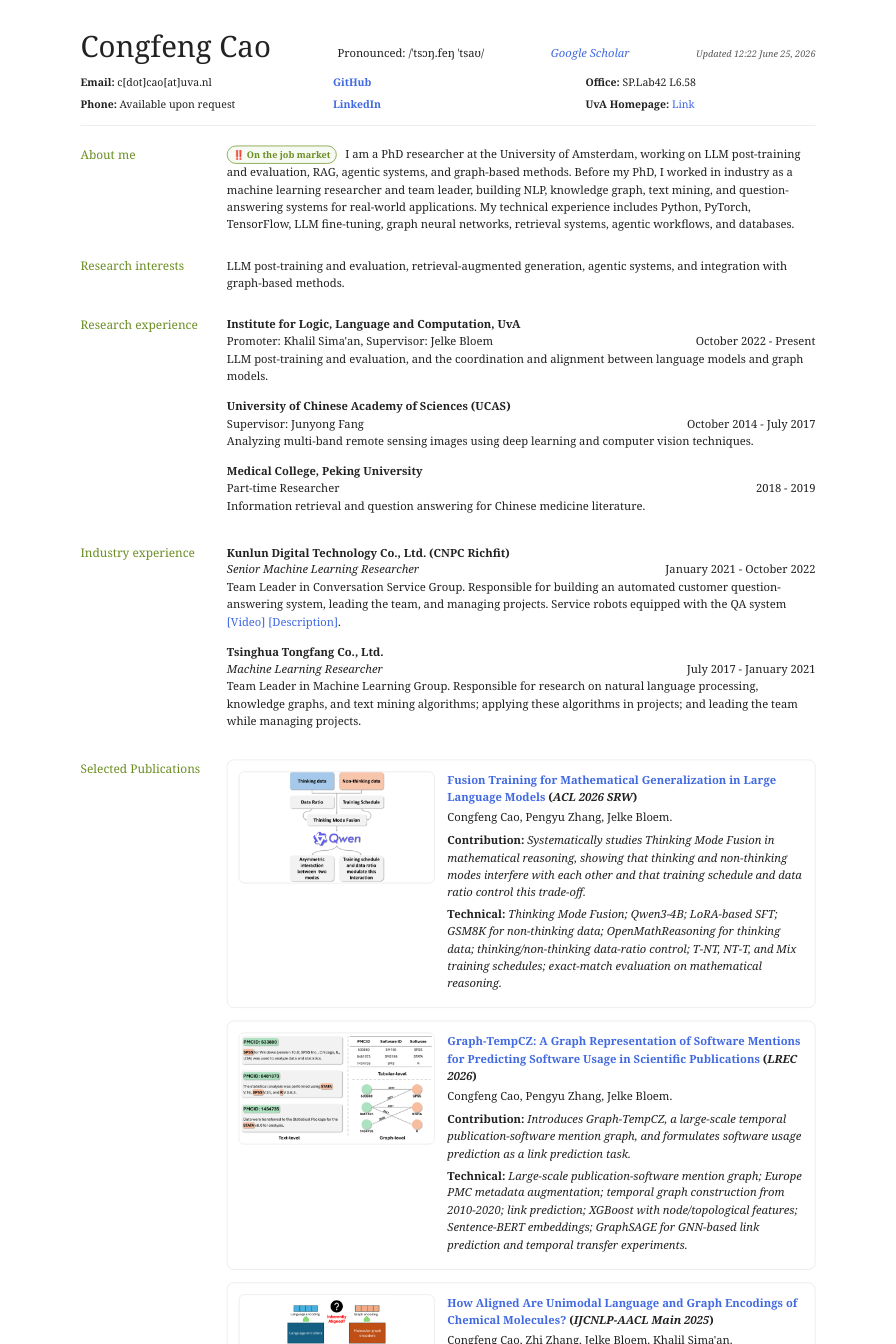
Repository: caocongfeng/caocongfeng.github.io
Page: index.html
These files come from the project's save history. The page is drawn as it stood at one moment and after the next save; the edit follows.
The browser window is 1280 px wide. The pictures show the part of the page from y = 0 to 1920 px (the page is 4727 px tall before and 4752 px after), at 70% of full size.

Above is the page before, as saved 2026-06-25 13:07:17.

After the next save:
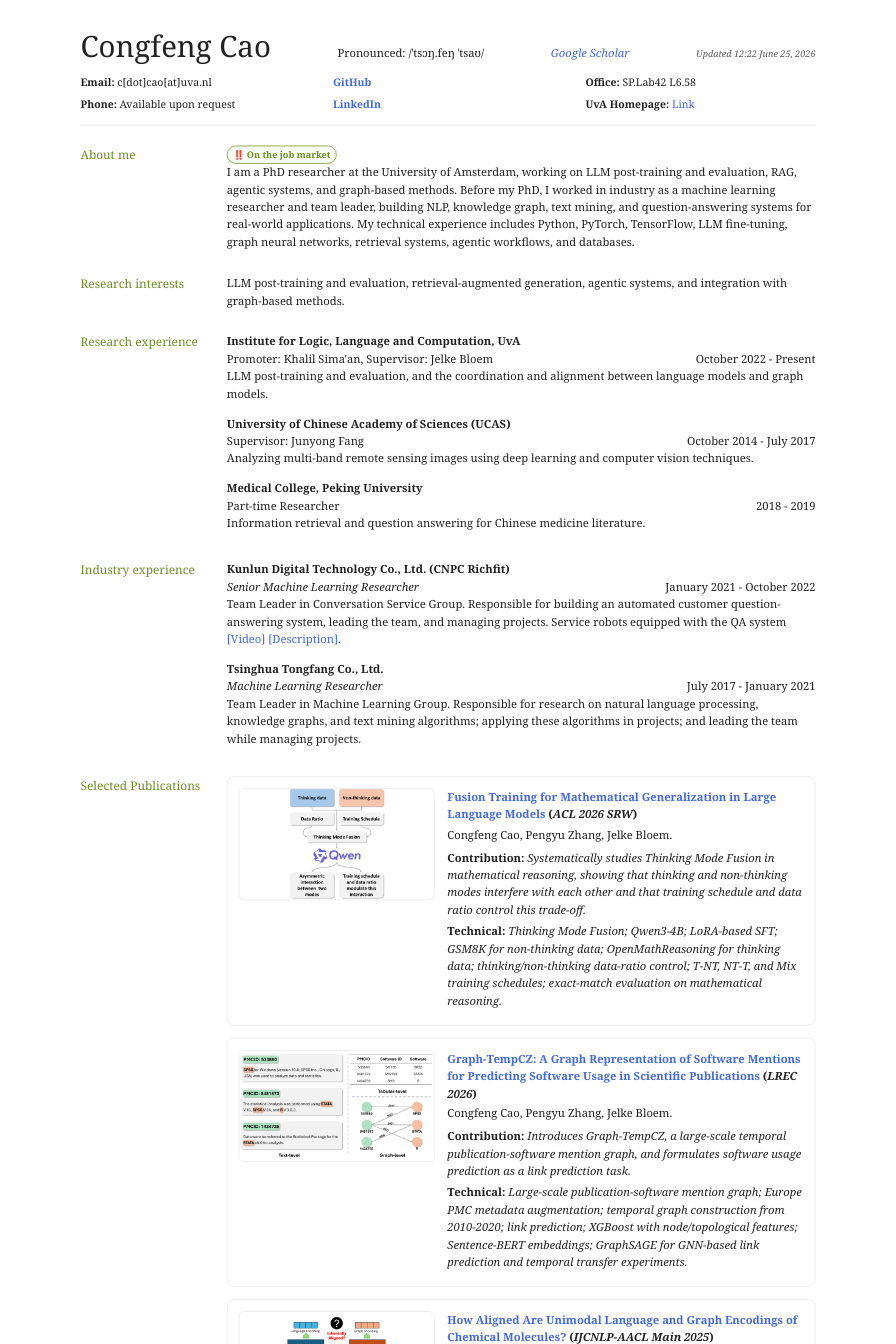
Saved 78 s later.
--- a/index.html
+++ b/index.html
@@ -347,7 +347,7 @@
       <div class="section-title">About me</div>
       <div class="section-content">
         <p>
-          <span class="job-market-badge">‼️ On the job market</span>
+          <span class="job-market-badge">‼️ On the job market</span> <br />
 
           I am a PhD researcher at the University of Amsterdam, working on LLM post-training and evaluation, RAG, agentic systems, and graph-based methods. Before my PhD, I worked in industry as a machine learning researcher and team leader, building NLP, knowledge graph, text mining, and question-answering systems for real-world applications. My technical experience includes Python, PyTorch, TensorFlow, LLM fine-tuning, graph neural networks, retrieval systems, agentic workflows, and databases.</p>
       </div>
